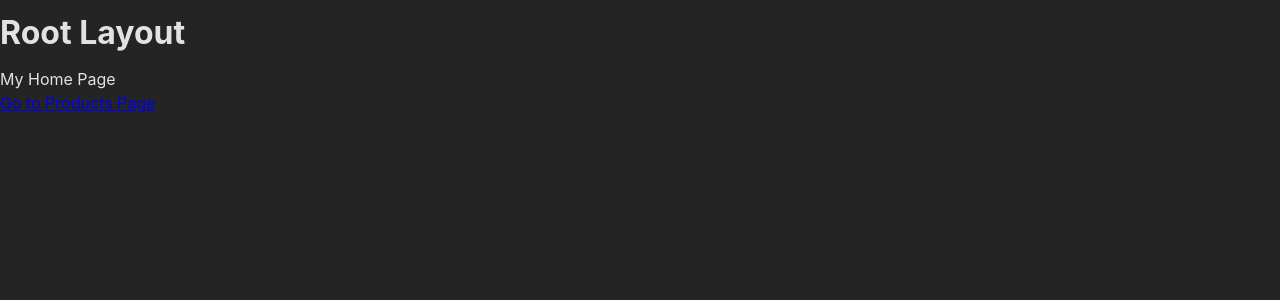
Repository: Dark-Developer93/Section-20-Building-a-Multi-Page-SPA-with-React-Router
Page: /
An editor plug-in stored every save of this project. The page is shown before and after the next save, followed by the edit.
The browser window is 1280 px wide. The pictures show the whole page.
The project was rebuilt for these pictures with package versions that can differ from the ones it lists, and the page was loaded fresh each time. Also part of the build but not shown: src/pages/Products.js.

Above is the page before, as saved 2023-02-26 17:12:50.

After the next save:
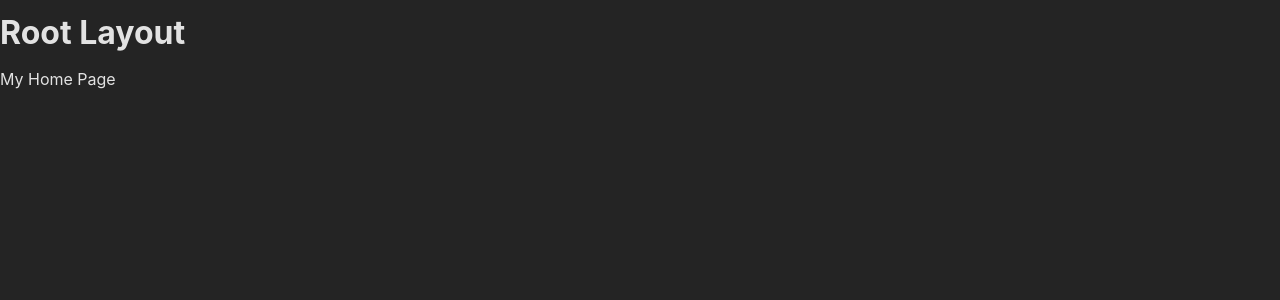
Saved 4 s later.
--- a/src/pages/Home.js
+++ b/src/pages/Home.js
@@ -4,7 +4,6 @@ const HomePage = () => {
   return (
     <>
       <div>My Home Page</div>
-      <Link to="/products">Go to Products Page</Link>
     </>
   );
 };
